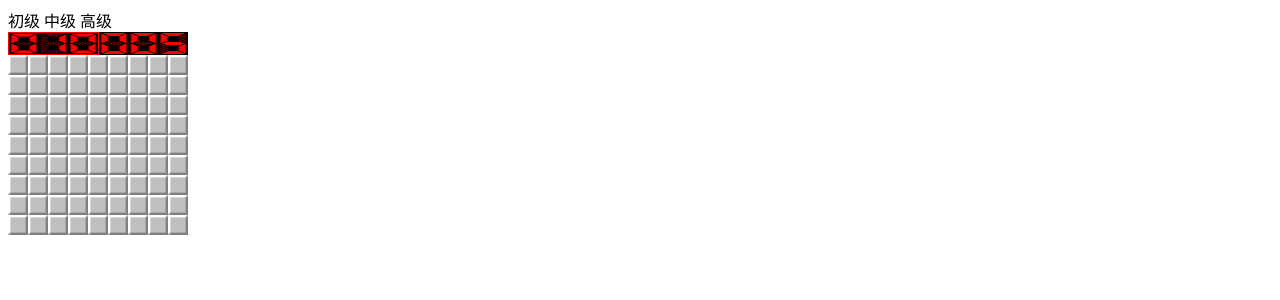
Repository: vLinv/MineSweeper
Page: index.html
An editor plug-in stored every save of this project. The page is shown before and after the next save, followed by the edit.
The browser window is 1280 px wide. The pictures show the whole page.

Above is the page before, as saved 2022-02-18 11:49:41.

### index.html
<!DOCTYPE html>
<html lang="en">

<head>
  <meta charset="UTF-8">
  <meta http-equiv="X-UA-Compatible" content="IE=edge">
  <meta name="viewport" content="width=device-width, initial-scale=1.0">
  <title>MineSweeper</title>
</head>

<body>
  <div class="level_select">
    <span onclick="changeLevel('primary')">初级</span>
    <span onclick="changeLevel('intermediate')">中级</span>
    <span onclick="changeLevel('advanced')">高级</span>
  </div>
  <div class="game_wrap">
    <div class="header_wrap">
      <canvas id="mineNumCanvas" width="39" height="23" style="border: 1px solid red;"></canvas>
      <div class="face_btn"></div>
      <canvas id="timeCanvas" width="39" height="23"></canvas>
    </div>
    <div class="section_wrap">
      <canvas id="canvas" width="180" height="180"></canvas>
    </div>
  </div>
  <style>
    .header_wrap{
      width: 180px;
      height: 23px;
      display: flex;
    }
    #mineNumCanvas{
      flex: 1;
    }
    #timeCanvas{
      flex: 1;
    }

  </style>
  <script>
    /** @type {HTMLCanvasElement} */
    // 游戏canvas
    const canvasNode = document.getElementById('canvas')
    const ctx = canvasNode.getContext('2d')
    // mineNum与timer Canvas
    const mineNumNode = document.getElementById('mineNumCanvas')
    const timerNode = document.getElementById('timeCanvas')
    const mineNumCtx = mineNumNode.getContext('2d')
    const timerCtx = timerNode.getContext('2d')

    // 存储图片路径（name, url）
    const imgArr = new Map();
    // 存储已加载好的图片 (name, img)
    const imgArrElement = new Map();
    // 资源是否加载完成
    let sourceInit = false;

    let mineSweeper = null;

    const MAP_LEVEL = {
      'primary': {
        mapSize: [9, 9],
        mineNum: 10
      },
      'intermediate': {
        mapSize: [16, 16],
        mineNum: 40
      },
      'advanced': {
        mapSize: [16, 30],
        mineNum: 90
      }
    }

    function initImage() {
      imgArr.set('ask', './img/ask.gif')
      imgArr.set('blank', './img/blank.gif')
      imgArr.set('blood', './img/blood.gif')
      imgArr.set('flag', './img/flag.gif')
      imgArr.set('mine', './img/mine.gif')
      for (let i = 0; i <= 8; i++) {
        imgArr.set(i, './img/' + i + '.gif')
      }
      for (let i = 0; i <= 9; i++) {
        imgArr.set('num_' + i, './img/num_' + i + '.jpg');
      }
      const loadImage = (url) => {
        return new Promise((reslove) => {
          let img = new Image();
          img.onload = () => reslove(img)
          img.src = url
        })
      }
      const promiseArr = [];
      // 获取所有图片的promise对象并使用promise.all进行加载
      [...imgArr.keys()].forEach(e => {
        promiseArr.push(loadImage(imgArr.get(e)))
      });
      sourceInit = true;
      return Promise.all(promiseArr)
    }

    // 开始游戏
    async function startGame() {
      if (!sourceInit) {
        const res = await initImage()
        const keys = [...imgArr.keys()];
        res.forEach((item, index) => {
          imgArrElement.set(String(keys[index]), item)
        })
      }
      mineSweeper = new MineSweeper();
      mineSweeper.initGame();
    }

    class MineSweeper {
      constructor() {
        this.level = 'primary'
        this.map = [];
        this.mapSizeX = 0;
        this.mapSizeY = 0;
        this.mineNum = 0;
        this.bombList = [];
        this.flagList = [];
        this.problemList = [];
        this.isGameOver = false;
        this.mineNumCanvas = mineNumCtx;
        this.timerCanvas = timerCtx;
        this.timer = null;
        this.time = 0;
      }

      initGame() {
        const {
          mapSize,
          mineNum
        } = MAP_LEVEL[this.level]
        this.mapSizeX = mapSize[0];
        this.mapSizeY = mapSize[1];
        this.mineNum = mineNum;
        this.buildMap();
        this.buildBomb();
        this.drawMap();
        this.drawGameInfo(this.mineNum, this.mineNumCanvas);
        this.drawGameInfo(this.time, this.timerCanvas)
        this.timer = setInterval(() => {
          this.time += 1;
          this.drawGameInfo(this.time, this.timerCanvas)
        }, 1000)
      }

      buildMap() {
        for (let i = 0; i < this.mapSizeY; i++) {
          this.map.push(new Array(this.mapSizeX).fill(-1))
        }
      }

      buildBomb() {
        let curBomb = 0;
        while (curBomb < this.mineNum) {
          let xPos = Number.parseInt(Math.random() * this.mineNum);
          let yPos = Number.parseInt(Math.random() * this.mineNum);
          if (this.bombList.find(item => {
              return xPos === item[0] && yPos === item[1]
            }) === undefined) {
            this.bombList.push([xPos, yPos])
            curBomb++;
          }
        }
      }
      // 绘制
      drawMap() {
        const blankImg = imgArrElement.get('blank')
        const flag = imgArrElement.get('flag')

        for (let i = 0; i < this.mapSizeX; i++) {
          for (let j = 0; j < this.mapSizeY; j++) {
            if (this.map[i][j] === -1) {
              ctx.drawImage(blankImg, 0, 0, blankImg.width, blankImg.height, 20 * i, 20 * j, 20, 20)
            } else if (this.map[i][j] >= 0) {
              const numImg = imgArrElement.get(this.map[i][j] + '')
              ctx.drawImage(numImg, 0, 0, numImg.width, numImg.height, 20 * i, 20 * j, 20, 20)
            }
            if (this.posInflagList(i, j) !== -1) {
              ctx.drawImage(flag, 0, 0, flag.width, flag.height, 20 * i, 20 * j, 20, 20)
            }
          }
        }
      }

      drawAllBomb(xPos, yPos) {
        const blood = imgArrElement.get('blood')
        const mine = imgArrElement.get('mine')
        // 绘制所有地雷
        this.bombList.forEach(e => {
          if (e[0] === xPos && e[1] === yPos) {
            ctx.drawImage(blood, 0, 0, blood.width, blood.height, 20 * e[0], 20 * e[1], 20, 20)
          } else {
            ctx.drawImage(mine, 0, 0, mine.width, mine.height, 20 * e[0], 20 * e[1], 20, 20)
          }
        })
      }


      // 绘制地雷数与计时器
      drawGameInfo(num, ctx) {
        // 将num转换为3位数字
        const tmpArr = new Array(3).fill(0);
        const arr = [...num + '']
        while (arr.length < 3) {
          arr.unshift('0')
        }
        for (let i = 0; i < 3; i++) {
          ctx.drawImage(imgArrElement.get('num_' + arr[i]), i * 13, 0)
        }
      }

      // 获取(xPos, yPos)周围八格位置
      getAroundGrid(xPos, yPos) {
        const pos = [-1, 0, 1];
        const around = [];
        for (let i = 0; i < pos.length; i++) {
          let tmpxPos = xPos + pos[i];
          // 边界
          if (tmpxPos < 0 || tmpxPos >= this.mapSizeX) {
            continue
          }
          for (let j = 0; j < pos.length; j++) {
            let tmpyPos = yPos + pos[j];
            if (tmpyPos < 0 || tmpyPos >= this.mapSizeY || (tmpxPos === xPos && tmpyPos === yPos)) {
              continue
            }
            around.push([tmpxPos, tmpyPos])
          }
        }
        return around;
      }

      // 点击(xPos, yPos)操作
      clickPos(xPos, yPos) {
        // 判断游戏是否结束
        if (this.posInBombList(xPos, yPos)) {
          this.gameOver(xPos, yPos);
          return;
        }
        const queue = []
        queue.push([xPos, yPos]);
        while (queue.length > 0) {
          let tmpNode = queue.shift()
          let tmpxPos = tmpNode[0],
            tmpyPos = tmpNode[1]
          // 该点为雷或已经打开则跳过
          if (this.posInBombList(tmpxPos, tmpyPos) || this.map[tmpxPos][tmpyPos] >= 0) {
            continue;
          }
          const around = this.getAroundGrid(tmpxPos, tmpyPos, this.map.length)
          // around中有几个雷
          let bombNum = 0
          around.forEach(x => {
            this.bombList.forEach(y => {
              if (x[0] === y[0] && x[1] === y[1]) {
                bombNum++;
              }
            })
          })
          this.map[tmpxPos][tmpyPos] = bombNum;
          // 如果周围没有雷，则继续打开周围坐标
          if (bombNum === 0) {
            queue.push(...around)
          }
        }
        this.drawMap()
      }

      // 游戏结束操作
      gameOver(xPos, yPos) {
        this.drawAllBomb(xPos, yPos)
        this.isGameOver = true;
      }

      // (xPos, yPos)是否为雷
      posInBombList(xPos, yPos) {
        // true: 存在
        return this.bombList.find(item => {
          return xPos === item[0] && yPos === item[1]
        }) !== undefined
      }

      // (xPos, yPos)是否被标记
      posInflagList(xPos, yPos) {
        return this.flagList.findIndex(item => {
          return xPos === item[0] && yPos === item[1]
        })
      }

      // 判断游戏是否胜利
      checkGameWin() {
        // 剩余未打开格子都存在于bombList中
        for (let i = 0; i < this.mapSizeX; i++) {
          for (let j = 0; j < this.mapSizeY; j++) {
            let tmpGrid = this.map[i][j]
            if (tmpGrid < 0 && !this.posInBombList(i, j)) {
              return false;
            }
          }
        }
        return true;
      }

      // 标记(xPos, yPos)
      signBomb(xPos, yPos) {
        const pos = this.posInflagList(xPos, yPos)
        if (pos !== -1) {
          this.flagList.splice(pos, 1)
        } else {
          this.flagList.push([xPos, yPos])
        }
        this.drawMap()
      }

      // 改变等级
      changeLevel(level) {

      }
    }

    // 监听点击事件
    document.addEventListener('click', e => {
      if (e.target !== canvas || mineSweeper.isGameOver) {
        return;
      }
      mineSweeper.clickPos(Number.parseInt(e.offsetX / 20), Number.parseInt(e.offsetY / 20))
    })

    // 监听右键事件
    document.oncontextmenu = e => {
      if (e.target !== canvas || mineSweeper.isGameOver) {
        return false;
      }
      const xPos = Number.parseInt(Number.parseInt(e.offsetX / 20)),
        yPos = Number.parseInt(Number.parseInt(e.offsetY / 20))
      mineSweeper.signBomb(xPos, yPos)
    };
    startGame();
  </script>
</body>

</html>

After the next save:
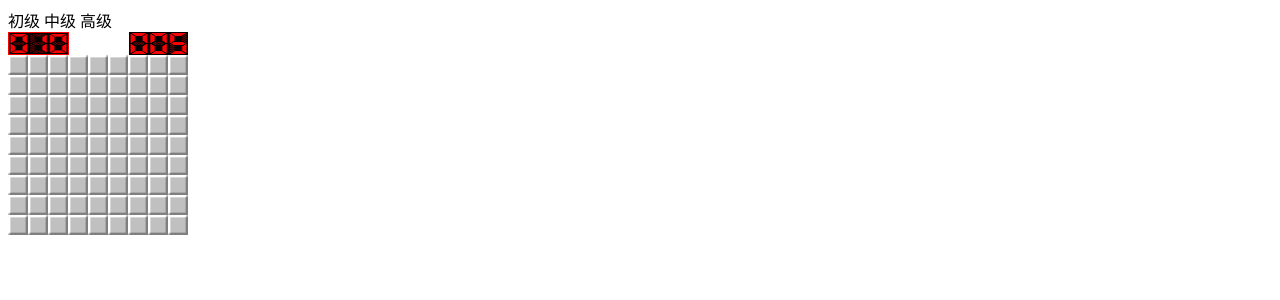
Saved 6 s later.
--- a/index.html
+++ b/index.html
@@ -33,6 +33,9 @@
     #mineNumCanvas{
       flex: 1;
     }
+    .face_btn{
+      flex: 1;
+    }
     #timeCanvas{
       flex: 1;
     }
